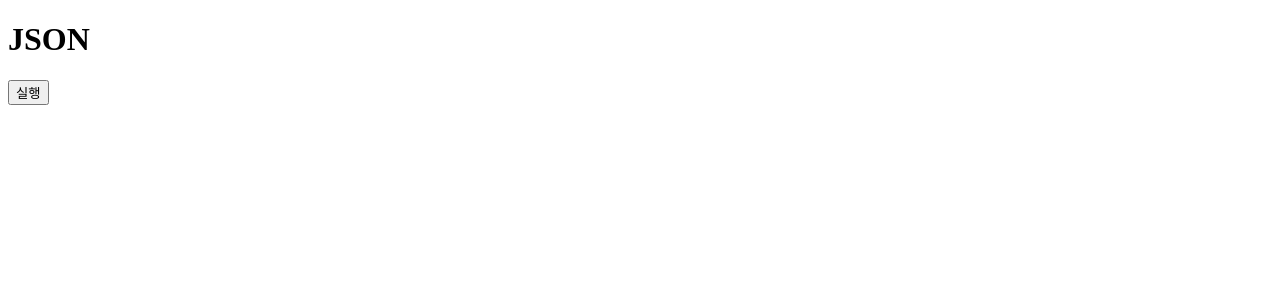
Repository: sim8191/ServletWorkspace
Page: 03_ajax/src/main/webapp/json/json.html
The author's editor kept a copy of each file at every save. The page is drawn from the files as they stood at one save, then again after the next save.
The browser window is 1280 px wide. The pictures show the whole page.

Above is the page before, as saved 2026-02-23 07:28:23.

After the next save:
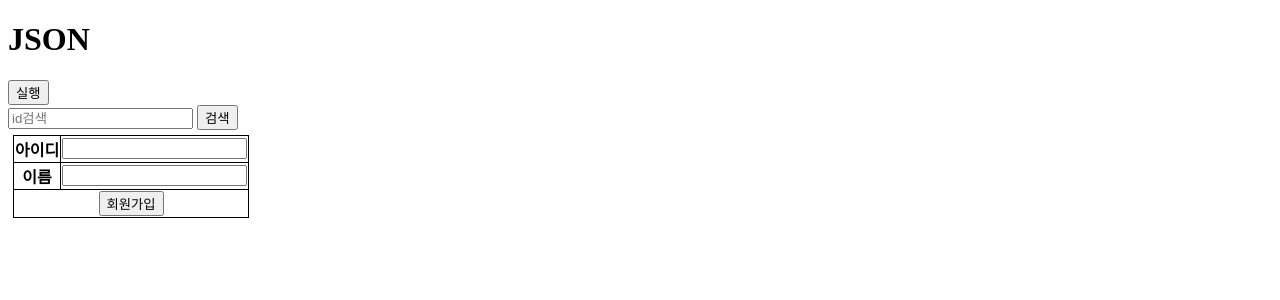
Saved 29 s later.
--- a/03_ajax/src/main/webapp/json/json.html
+++ b/03_ajax/src/main/webapp/json/json.html
@@ -23,6 +23,29 @@ table img {
 	<div>
 		<button type="button" id="btn">실행</button>
 	</div>
+	<div>
+		<input type="search" id="searchId" placeholder="id검색"/>
+		<button type="button" id="btn-search-id">검색</button>
+	</div>
+	<div>
+		<table>
+			<tr>
+				<th>아이디</th>
+				<td><input type="text" name="id"/></td>
+			</tr>
+			<tr>
+				<th>이름</th>
+				<td><input type="text" name="name"/></td>
+			</tr>
+			<tr>
+				<td colspan="2" style="text-align:center;">
+					<button id="btn-save-member">회원가입</button>
+				</td>
+			</tr>
+		</table>
+	</div>
+
+	<div class="wrapper"></div>
 
 	<script>
 		$(function() {
